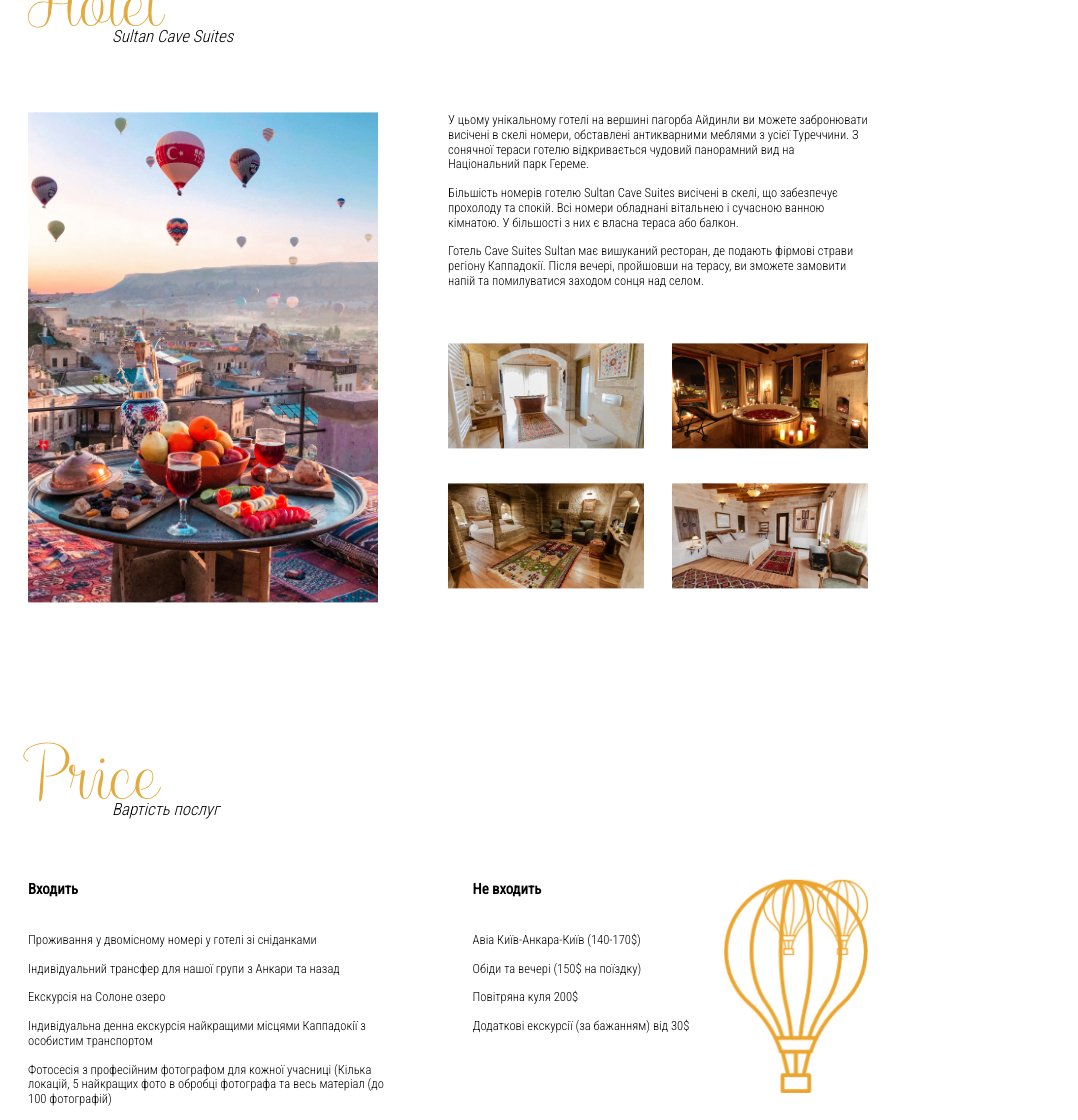
Repository: KYUUBI-K/cappadocia
Page: index.html
The author's editor kept a copy of each file at every save. The page is drawn from the files as they stood at one save, then again after the next save.
The browser window is 1280 px wide. The page is 1540 px wide, so the pictures cover 1540 px, including what lies to the right of the window. The pictures show the part of the page from y = 3371 to 4971 px (the page is 4971 px tall), at 70% of full size.

Above is the page before, as saved 2025-08-21 19:33:33.

### index.html
<!DOCTYPE html>
<html lang="en">
  <head>
    <meta charset="UTF-8" />
    <meta name="viewport" content="width=device-width, initial-scale=1.0" />
    <title>Cappadocia</title>
    <link rel="stylesheet" href="./styles.css" />
  </head>
  <body>
    <header class="header">
      <div class="wrapper">
        <nav class="header-menu">
          <ul class="header-menu-list">
            <li class="header-menu-item">
              <a class="header-menu-link" href="#route">Маршрут</a>
            </li>
            <li class="header-menu-item">
              <a class="header-menu-link" href="#hotel">Готель</a>
            </li>
            <li class="header-menu-item">
              <a class="header-menu-link" href="#price">Вартість</a>
            </li>
          </ul>
          <div class="telephone">
            <svg
              class="phone-icon"
              width="30"
              height="30"
              viewBox="0 0 30 30"
              fill="none"
              xmlns="http://www.w3.org/2000/svg"
            >
              <g clip-path="url(#clip0_31_0)">
                <path
                  d="M23.7091 18.5839C23.0949 17.9444 22.3541 17.6025 21.569 17.6025C20.7902 17.6025 20.0431 17.9381 19.4036 18.5776L17.4027 20.5721C17.2381 20.4835 17.0735 20.4011 16.9152 20.3188C16.6873 20.2049 16.472 20.0972 16.2884 19.9832C14.4142 18.7929 12.7109 17.2416 11.0774 15.2345C10.2859 14.2341 9.75404 13.3919 9.36781 12.5372C9.88701 12.0623 10.3682 11.5684 10.8368 11.0935C11.0141 10.9162 11.1913 10.7326 11.3686 10.5553C12.6983 9.22568 12.6983 7.50346 11.3686 6.1738L9.64007 4.44525C9.44379 4.24896 9.24117 4.04635 9.05122 3.84373C8.67132 3.45117 8.27242 3.04594 7.86086 2.66604C7.24669 2.05819 6.51221 1.73528 5.73974 1.73528C4.96727 1.73528 4.22013 2.05819 3.58696 2.66604C3.58063 2.67237 3.58063 2.67237 3.5743 2.6787L1.42152 4.85047C0.61106 5.66093 0.148846 6.64868 0.0475384 7.79472C-0.104423 9.64358 0.440104 11.3658 0.857997 12.4928C1.88373 15.2598 3.41601 17.8241 5.70175 20.5721C8.47504 23.8836 11.8118 26.4986 15.6235 28.3411C17.0798 29.0313 19.0237 29.848 21.1954 29.9873C21.3284 29.9937 21.4677 30 21.5943 30C23.057 30 24.2853 29.4745 25.2477 28.4297C25.2541 28.4171 25.2667 28.4107 25.2731 28.3981C25.6023 27.9992 25.9822 27.6383 26.3811 27.252C26.6534 26.9924 26.932 26.7202 27.2042 26.4353C27.8311 25.7831 28.1603 25.0233 28.1603 24.2445C28.1603 23.4594 27.8247 22.7059 27.1852 22.0727L23.7091 18.5839ZM25.9759 25.2512C25.9695 25.2512 25.9695 25.2576 25.9759 25.2512C25.7289 25.5172 25.4757 25.7578 25.2034 26.0237C24.7918 26.4163 24.374 26.8278 23.9814 27.29C23.3419 27.9739 22.5884 28.2968 21.6007 28.2968C21.5057 28.2968 21.4044 28.2968 21.3094 28.2904C19.4289 28.1701 17.6813 27.4357 16.3707 26.8088C12.7869 25.0739 9.64007 22.6109 7.02508 19.4894C4.86597 16.887 3.42234 14.481 2.46625 11.8977C1.8774 10.3211 1.66212 9.09272 1.7571 7.93401C1.82042 7.19321 2.10534 6.57903 2.63087 6.0535L4.78999 3.89439C5.10024 3.60313 5.42949 3.44484 5.75241 3.44484C6.1513 3.44484 6.47422 3.68544 6.67683 3.88806C6.68317 3.89439 6.6895 3.90072 6.69583 3.90705C7.08206 4.26796 7.4493 4.64153 7.83554 5.04043C8.03182 5.24304 8.23443 5.44565 8.43705 5.6546L10.1656 7.38316C10.8368 8.05432 10.8368 8.67482 10.1656 9.34599C9.98198 9.5296 9.8047 9.71322 9.62108 9.89051C9.08921 10.435 8.58268 10.9416 8.03182 11.4354C8.01916 11.4481 8.00649 11.4544 8.00016 11.4671C7.45563 12.0116 7.55694 12.5435 7.67091 12.9044C7.67724 12.9234 7.68358 12.9424 7.68991 12.9614C8.13946 14.0504 8.77263 15.0762 9.73505 16.2982L9.74138 16.3045C11.4889 18.4573 13.3315 20.1352 15.3639 21.4205C15.6235 21.5852 15.8895 21.7181 16.1427 21.8448C16.3707 21.9587 16.586 22.0664 16.7696 22.1804C16.7949 22.193 16.8202 22.212 16.8456 22.2247C17.0608 22.3323 17.2634 22.383 17.4724 22.383C17.9979 22.383 18.3272 22.0537 18.4348 21.9461L20.6003 19.7806C20.8155 19.5654 21.1574 19.3058 21.5563 19.3058C21.9489 19.3058 22.2718 19.5527 22.4681 19.768C22.4744 19.7743 22.4744 19.7743 22.4808 19.7806L25.9695 23.2694C26.6217 23.9152 26.6217 24.5801 25.9759 25.2512Z"
                  fill="black"
                />
                <path
                  d="M16.2124 7.13621C17.8713 7.41481 19.3782 8.19994 20.5813 9.40296C21.7843 10.606 22.5631 12.1129 22.848 13.7718C22.9176 14.1897 23.2786 14.481 23.6901 14.481C23.7408 14.481 23.7851 14.4747 23.8357 14.4683C24.3043 14.3923 24.6145 13.9491 24.5386 13.4806C24.1966 11.4734 23.2469 9.64357 21.7969 8.19361C20.347 6.74365 18.5171 5.79389 16.51 5.45198C16.0414 5.376 15.6045 5.68625 15.5222 6.14847C15.4399 6.61068 15.7438 7.06023 16.2124 7.13621Z"
                  fill="black"
                />
                <path
                  d="M29.9654 13.2337C29.4019 9.92851 27.8443 6.92095 25.4509 4.52757C23.0575 2.13418 20.05 0.576584 16.7448 0.0130621C16.2826 -0.0692501 15.8457 0.247335 15.7634 0.70955C15.6874 1.1781 15.9977 1.61498 16.4662 1.6973C19.4168 2.1975 22.1078 3.59681 24.2479 5.73059C26.388 7.87071 27.781 10.5617 28.2812 13.5123C28.3508 13.9302 28.7117 14.2214 29.1233 14.2214C29.1739 14.2214 29.2183 14.2151 29.2689 14.2087C29.7311 14.1391 30.0477 13.6959 29.9654 13.2337Z"
                  fill="black"
                />
              </g>
              <defs>
                <clipPath id="clip0_31_0">
                  <rect width="30" height="30" fill="white" />
                </clipPath>
              </defs>
            </svg>
            <div class="number-text">+38(066)555-777-6</div>
          </div>
        </nav>
        <div class="main-title">
          <h1 class="main-title-text">Cappadocia</h1>
          <p class="main-subtitle-text">Ексклюзивний тур</p>
        </div>
      </div>
    </header>

    <section class="about">
      <div class="wrapper">
        <div class="about-title">
          <h2 class="section-title-text">Fairy tail</h2>
          <p class="about-subtitle-text">Казкова країна чудес</p>
        </div>
        <img
          src="./images/Rectangle-about.jpg"
          alt="Hot air balloon"
          class="about-img"
        />
        <div class="about-content">
          <aside class="about-text">
            <!-- prettier-ignore -->
            <p>
            Каппадокія – казкова країна повітряних куль, сирних будиночків,
            різнокольорових долин та чарівних світанків!
            Сюди приїжджають, щоб побачити природні чудеса політати на
            повітряній кулі і, звичайно ж,зробити мільйон красивих фотографій!
          </p>
            <!-- prettier-ignore -->
            <p>
            На учасників туру чекає професійна фотосесія від найкращих
            фотографів Каппадокії!
            Адже саме за чарівними світанками на тлі повітряних куль сюди
            приїжджають люди з усього світу!
          </p>

            <h3>Також Ви побачите:</h3>
            <ul class="about-list">
              <li>Музей на відкритому повітрі у Геремі</li>
              <li>Ущелина Іхлара та монастир Селіме</li>
              <li>Підземні міста</li>
              <li>Фортеця Учхісар</li>
              <li>Зельве та Пашабаг</li>
            </ul>
            <p>та багато інших визначних пам'яток.</p>
            <!-- prettier-ignore -->
            <p>
            Місцева кухня - один із приводів відвідати Каппадокію, тут є ресторани
            на будь-який бюджет.
          </p>
          </aside>
        </div>
      </div>
    </section>

    <section class="route" id="route">
      <div class="wrapper">
        <div class="route-title">
          <h2 class="section-title-text">Our trip</h2>
          <p class="route-subtitle-text">Маршрут</p>
        </div>
        <img
          src="./images/Rectangle-route.png"
          alt="Route map"
          class="route-img"
        />
        <div class="route-content">
          <aside class="route-text">
            <div class="day">
              <h3>День 1</h3>
              <ul>
                <li>Виліт з Києва</li>
                <li>Трансфер до Каппадокії</li>
                <li>Поселення в готель</li>
                <li>Вечірня фотосесія</li>
              </ul>
            </div>

            <div class="day">
              <h3>День 2</h3>
              <ul>
                <li>Фотосесія</li>
                <li>Сніданок у готелі</li>
                <li>Денний тур Каппадокією</li>
                <li>Захід сонця з панорамним видом</li>
              </ul>
            </div>

            <div class="day">
              <h3>День 3</h3>
              <ul>
                <li>Політ на повітряній кулі</li>
                <li>Сніданок у готелі</li>
                <li>Екскурсії на вибір</li>
              </ul>
            </div>

            <div class="day">
              <h3>День 4</h3>
              <ul>
                <li>Вільний час, шопінг</li>
                <li>Трансфер до Анкари</li>
                <li>Виліт до Києва</li>
              </ul>
            </div>
            <button type="button" class="reservation">Забронювати</button>
          </aside>
        </div>
      </div>
    </section>
    <section class="hotel" id="hotel">
      <div class="wrapper">
        <div class="hotel-title">
          <h2 class="section-title-text">Hotel</h2>
          <p class="hotel-subtitle-text">Sultan Cave Suites</p>
        </div>

        <div class="hotel-content">
          <img
            src="./images/Rectangle-hotel.jpg"
            alt="Hot air balloon"
            class="hotel-img"
          />
          <aside class="hotel-side-right">
            <div class="hotel-text">
              <!-- prettier-ignore -->
              <p>
              У цьому унікальному готелі на вершині пагорба Айдинли ви можете забронювати
              висічені в скелі номери, обставлені антикварними меблями з усієї Туреччини. З
              сонячної тераси готелю відкривається чудовий панорамний вид на
              Національний парк Гереме.
            </p>
              <!-- prettier-ignore -->
              <p>
              Більшість номерів готелю Sultan Cave Suites висічені в скелі, що забезпечує
              прохолоду та спокій. Всі номери обладнані вітальнею і сучасною ванною
              кімнатою. У більшості з них є власна тераса або балкон.
            </p>
              <!-- prettier-ignore -->
              <p>
              Готель Cave Suites Sultan має вишуканий ресторан, де подають фірмові страви
              регіону Каппадокії. Після вечері, пройшовши на терасу, ви зможете замовити
              напій та помилуватися заходом сонця над селом.
            </p>
            </div>

            <div class="hotel-images-list">
              <img
                src="./images/Rectangle-hotel1.jpg"
                alt="Hotel room"
                class="hotel-image"
              />
              <img
                src="./images/Rectangle-hotel2.jpg"
                alt="Hotel room"
                class="hotel-image"
              />
              <img
                src="./images/Rectangle-hotel3.jpg"
                alt="Hotel room"
                class="hotel-image"
              />
              <img
                src="./images/Rectangle-hotel4.jpg"
                alt="Hotel room"
                class="hotel-image"
              />
            </div>
          </aside>
        </div>
      </div>
    </section>
    <section class="price" id="price">
      <div class="wrapper">
        <div class="price-title">
          <h2 class="section-title-text">Price</h2>
          <p class="price-subtitle-text">Вартість послуг</p>
        </div>
        <div class="price-content">
          <aside class="price-text-left">
            <h3>Входить</h3>
            <ul class="price-text-list">
              <li>Проживання у двомісному номері у готелі зі сніданками</li>
              <li>Індивідуальний трансфер для нашої групи з Анкари та назад</li>
              <li>Екскурсія на Солоне озеро</li>
              <li>Індивідуальна денна екскурсія найкращими місцями Каппадокії з особистим транспортом</li>
              <li>Фотосесія з професійним фотографом для кожної учасниці
              (Кілька локацій, 5 найкращих фото в обробці фотографа та весь матеріал (до 100 фотографій)</li>
            </ul>
          </aside>
          <aside class="price-text-center">
            <h3>Не входить</h3>
            <ul class="price-text-list">
              <li>Авіа Київ-Анкара-Київ (140-170$)</li>
              <li>Обіди та вечері (150$ на поїздку)</li>
              <li>Повітряна куля 200$</li>
              <li>Додаткові екскурсії (за бажанням) від 30$</li>
            </ul>
          </aside>
          <aside class="price-right">
            <svg class="svg-flight-left" width="73" height="108" viewBox="0 0 73 108" fill="none" xmlns="http://www.w3.org/2000/svg" xmlns:xlink="http://www.w3.org/1999/xlink">
            <rect width="73" height="108" fill="url(#pattern0_15_89)"/>
            <defs>
            <pattern id="pattern0_15_89" patternContentUnits="objectBoundingBox" width="1" height="1">
            <use xlink:href="#image0_15_89" transform="scale(0.00289017 0.00195354)"/>
            </pattern>
              <image id="image0_15_89" width="346" height="512" preserveAspectRatio="none" xlink:href="data:[embedded picture, 45654 characters]"/>
            </defs>
            </svg>
            <svg class="svg-flight-right" width="206" height="305" viewBox="0 0 206 305" fill="none" xmlns="http://www.w3.org/2000/svg" xmlns:xlink="http://www.w3.org/1999/xlink">
              <rect width="206" height="305" fill="url(#pattern0_15_93)"/>
              <defs>
              <pattern id="pattern0_15_93" patternContentUnits="objectBoundingBox" width="1" height="1">
              <use xlink:href="#image0_15_93" transform="matrix(0.00289176 0 0 0.00195312 -0.000274954 0)"/>
              </pattern>
              <image id="image0_15_93" width="346" height="512" preserveAspectRatio="none" xlink:href="data:[embedded picture, 45654 characters]"/>
              </defs>
              </svg>
              <svg class="svg-flight-down" width="73" height="108" viewBox="0 0 73 108" fill="none" xmlns="http://www.w3.org/2000/svg" xmlns:xlink="http://www.w3.org/1999/xlink">
              <rect width="73" height="108" fill="url(#pattern0_15_91)"/>
              <defs>
              <pattern id="pattern0_15_91" patternContentUnits="objectBoundingBox" width="1" height="1">
              <use xlink:href="#image0_15_91" transform="scale(0.00289017 0.00195354)"/>
              </pattern>
              <image id="image0_15_91" width="346" height="512" preserveAspectRatio="none" xlink:href="data:[embedded picture, 45654 characters]"/>
              </defs>
              </svg>

          </aside>
        </div>

    </section>
  </body>
</html>

### styles.css
@font-face {
  font-family: "Roboto Condensed";
  src: url("./fonts/RobotoCondensed-Light.woff2") format("woff2");
  font-weight: 300;
  font-style: normal;
  font-display: swap;
}

@font-face {
  font-family: "Roboto Condensed";
  src: url("./fonts/RobotoCondensed-Regular.woff2") format("woff2");
  font-weight: 400;
  font-style: normal;
  font-display: swap;
}

@font-face {
  font-family: "Balqis";
  src: url("./fonts/Balqis.woff2") format("woff2");
  font-weight: 400;
  font-style: normal;
  font-display: swap;
}

html {
  box-sizing: border-box;
}
*,
*::before,
*::after {
  box-sizing: inherit;
  margin: 0;
  padding: 0;
}

:root {
  --color-dark: #000000;
  --color-light: #ffffff;
  --color-gray: #e5e5e5;
  --color-orange: #e2ab3f;

  --border: 1px solid var(--color-orange);

  --font-family-base: "Roboto Condensed", sans-serif;
  --font-family-accent: "Balqis", sans-serif;

  --input-height: 50px;
}

li {
  list-style: none;
}

body {
  /* word-wrap: break-word; */
  font-size: 18px;
  font-family: var(--font-family-base);
  background-color: var(--color-light);
  color: var(--color-dark);
}

.header {
  min-height: 100svh;
  background: url("./images/Rectangle.jpg") no-repeat center center;
  background-size: cover;
  background-position: center;
  margin-bottom: 200px;
}
.wrapper {
  margin: 0 auto;
  height: 100%;
  max-width: 1200px;
}

.header-menu {
  display: flex;
  justify-content: space-between;
  align-items: center;
  font-family: var(--font-family-base);
  font-size: 24px;
  font-weight: 400;
  padding-top: 72px;
}
.header-menu-list {
  display: flex;
  column-gap: 45px;
}
.header-menu-link {
  text-decoration: none;
  color: inherit;
}
.telephone {
  display: flex;
  align-items: center;
  column-gap: 10px;
}

.main-title {
  margin-top: 152px;
  text-align: center;
}

.main-title-text {
  font-family: var(--font-family-accent);
  font-size: 250px;
  font-weight: 400;
  line-height: 1;
}

.main-subtitle-text {
  font-family: var(--font-family-base);
  color: var(--color-dark);
  font-weight: 300;
  font-size: 56px;
  line-height: 0;
  font-style: italic;
  transform: translateX(25%);
}

.about {
  margin-bottom: 200px;
  position: relative;
}

.about-title {
  margin-bottom: 100px;
}

.section-title-text {
  font-family: var(--font-family-accent);
  font-weight: 400;
  line-height: 1;
  font-size: 96px;
  color: var(--color-orange);
}

.about-subtitle-text {
  font-family: var(--font-family-base);
  font-weight: 300;
  font-size: 24px;
  font-style: italic;
  line-height: 0;
  transform: translateX(15%);
}

.about-content {
  display: flex;
  justify-content: flex-end;
}

.about-img {
  position: absolute;
  left: 0;
  width: 960px;
  height: 700px;
  object-fit: cover;
  object-position: center;
}
.about-text p {
  font-family: var(--font-family-base);
  font-weight: 300;
  font-size: 18px;
  white-space: pre-line;
  padding-bottom: 50px;
}
.about-list {
  padding-bottom: 50px;
  font-family: var(--font-family-base);
  font-weight: 300;
}

.about-text h3 {
  padding-bottom: 50px;
}

.route {
  position: relative;
  margin-bottom: 200px;
}
.route-title {
  margin-bottom: 108px;
}

.route-subtitle-text {
  transform: translateX(20%);
  font-family: var(--font-family-base);
  font-weight: 300;
  font-size: 24px;
  font-style: italic;
  line-height: 0;
}
.route-content {
  position: relative;
  font-family: var(--font-family-base);
}
.day {
  max-width: 295px;
  margin-bottom: 50px;
}
.route-text {
  font-size: 24px;
  font-weight: 300;
  margin-bottom: 50px;
}
.day h3 {
  margin-bottom: 20px;
}

.reservation {
  border: var(--border);
  text-transform: uppercase;
  font-size: 24px;
  padding: 11px 64px;
  background: none;
}

.route-img {
  position: absolute;
  top: 0;
  right: 0;
  width: 960px;
  height: 1095px;
  object-fit: cover;
  object-position: center;
}

.hotel {
  margin-bottom: 200px;
  position: relative;
}
.hotel-title {
  margin-bottom: 108px;
}
.hotel-subtitle-text {
  transform: translateX(10%);
  font-family: var(--font-family-base);
  font-weight: 300;
  font-size: 24px;
  font-style: italic;
  line-height: 0;
}
.hotel-content {
  display: flex;
  justify-content: space-between;
  column-gap: 100px;
}

.hotel-text {
  margin-bottom: 80px;
}
.hotel-text p {
  margin-bottom: 20px;
  /* white-space: pre-line;  */
  font-family: var(--font-family-base);
  font-size: 18px;
  font-weight: 300;
}
.hotel-img {
  width: 500px;
  height: 700px;
  object-fit: cover;
  object-position: center;
}

.hotel-images-list {
  display: flex;
  flex-wrap: wrap;
  justify-content: space-between;
  row-gap: 50px;
}
.hotel-image {
  width: 280px;
  height: 150px;
  object-fit: cover;
  object-position: center;
}

.price-title {
  margin-bottom: 100px;
}

.price-subtitle-text {
  transform: translateX(10%);
  font-family: var(--font-family-base);
  font-weight: 300;
  font-size: 24px;
  font-style: italic;
  line-height: 0;
}

.price-content {
  display: flex;
  justify-content: space-between;
}
.price-content h3 {
  margin-bottom: 50px;
}
.price-text-list {
  font-family: var(--font-family-base);
  font-weight: 300;
  font-size: 18px;
  max-width: 530px;
}
.price-text h3 {
  margin-bottom: 50px;
}
.price-text-list li {
  margin-bottom: 20px;
}

.price-content {
  position: relative;
  width: 100%;
}

.price-right {
  position: relative;
}

.svg-flight-right {
  position: absolute;
  right: 0;
}

@media (max-width: 1040px) {
  .main-title-text {
    font-size: 150px;
  }
  .main-subtitle-text {
    font-size: 46px;
  }
}

@media (max-width: 830px) {
  .header-menu {
    padding-top: 40px;
  }

  .header-menu-list {
    column-gap: 35px;
  }
  .main-title-text {
    font-size: 150px;
  }
  .main-subtitle-text {
    font-size: 36px;
  }
}

@media (max-width: 630px) {
  .header-menu {
    font-size: 18px;
  }
  .header-menu-list {
    column-gap: 20px;
  }
  .telephone {
    column-gap: 5px;
  }
  .phone-icon {
    width: 18px;
    height: 18px;
  }
  .main-title-text {
    font-size: 100px;
  }
  .main-subtitle-text {
    font-size: 26px;
  }
}

@media (max-width: 450px) {
  .header-menu {
    font-size: 15px;
  }
  .header-menu-list {
    column-gap: 15px;
  }
  .telephone {
    column-gap: 3px;
  }
  .phone-icon {
    width: 15px;
    height: 15px;
  }
  .main-title-text {
    font-size: 50px;
  }
  .main-subtitle-text {
    font-size: 15px;
  }
}

After the next save:
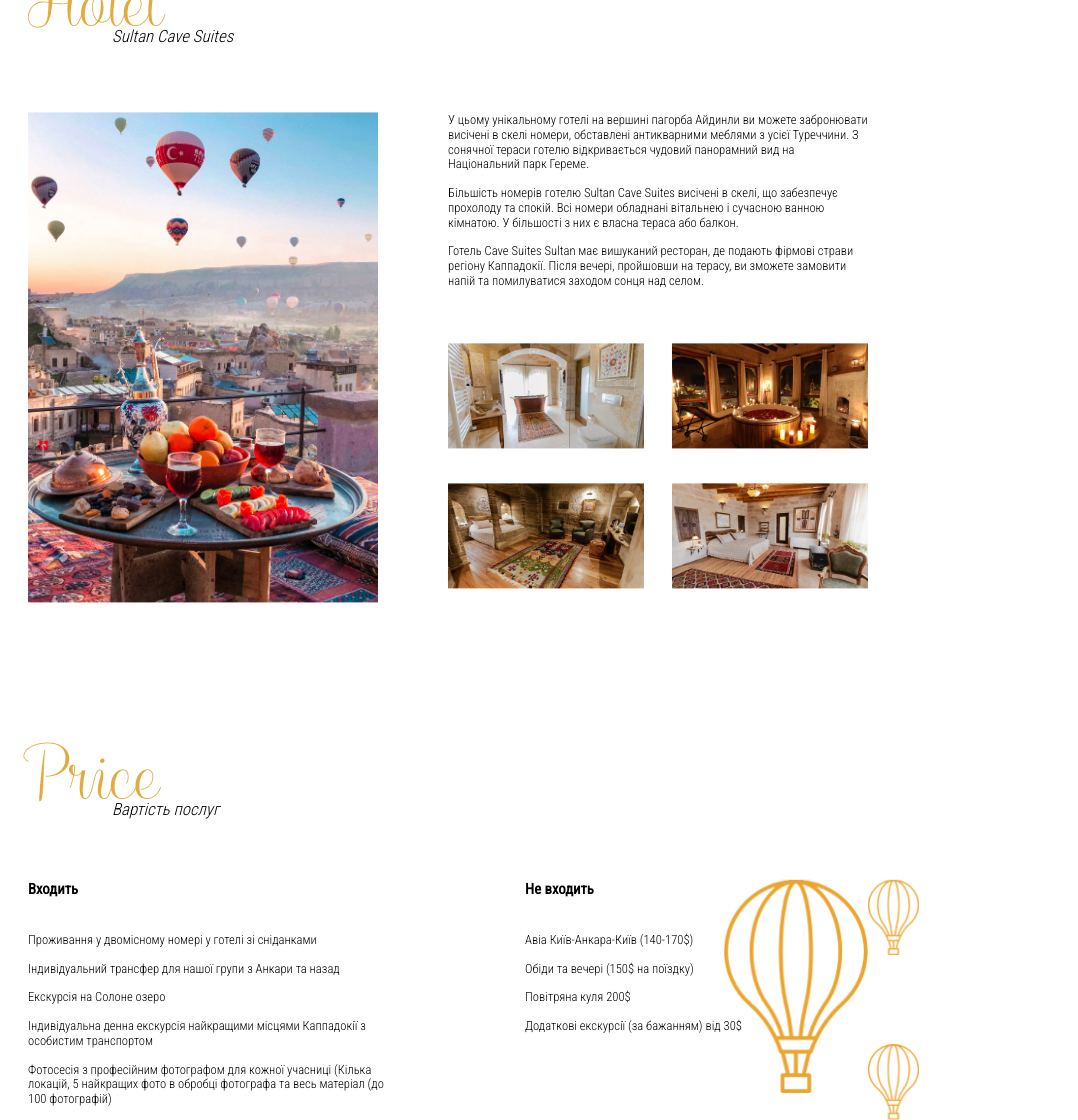
Saved 40 s later.
--- a/styles.css
+++ b/styles.css
@@ -317,10 +317,18 @@
   position: relative;
 }
 
+.svg-flight-left {
+  position: absolute;
+  left: 0;
+}
 .svg-flight-right {
   position: absolute;
   right: 0;
 }
+.svg-flight-down {
+  position: absolute;
+  bottom: 0;
+}
 
 @media (max-width: 1040px) {
   .main-title-text {
